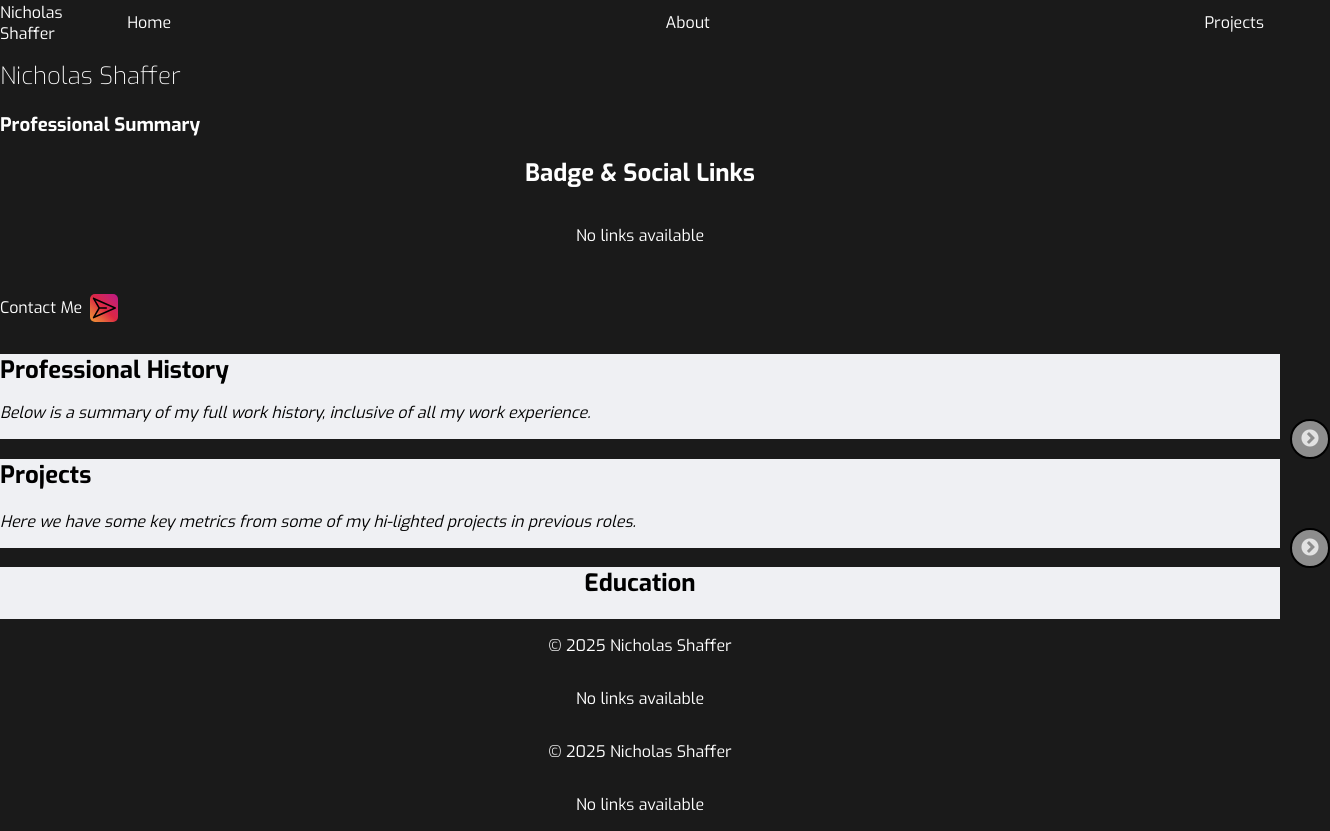
Repository: ShafferNick/nicholas_portfolio
Page: /
These files come from the project's save history. The page is drawn as it stood at one moment and after the next save; the edit follows.
The browser window is 1280 px wide. The page is 1330 px wide, so the pictures cover 1330 px, including what lies to the right of the window. The pictures show the whole page.
The page's requests for data from a server got no answer. The project was rebuilt for these pictures with package versions that can differ from the ones it lists, and the page was loaded fresh each time. The framework's server and built-in components were replaced by stand-ins that run in the browser. No one was signed in, and anything a server would have sent is missing. Also part of the build but not shown: next.config.ts, src/app/components/Contact.tsx.

Above is the page before, as saved 2025-03-19 14:09:05.

### src/app/layout.tsx
import './globals.css';
import type { Metadata } from 'next';
import ContactWrapper from './components/ContactWrapper';
import FooterClient from './components/FooterClient';

export const metadata: Metadata = {
  title: 'Create Next App',
  description: 'Generated by create next app',
};

export default function RootLayout({
  children,
}: {
  children: React.ReactNode;
}) {
  return (
    <html lang="en">
      <body>
        <ContactWrapper>
          {children}
          <FooterClient links={[]} />
        </ContactWrapper>
      </body>
    </html>
  );
}

### src/app/page.tsx
import { client } from '@/app/sanityClient';
import Image from 'next/image';
import Hero from './components/Hero';
import Links from './components/Links';
import ProfessionalHistory from './components/ProfessionalHistory';
import Projects from './components/Projects';
import Education from './components/Education';
import ContactMe from './components/ContactMe';
import FooterClient from './components/FooterClient';
import { SanityImageSource } from '@/app/types/sanity-types';

type Job = {
  _id: string;
  title: string;
  dates: { startDate: string; endDate: string | null };
  description: string[];
  location: string;
  companyLogo?: SanityImageSource;
};

type Project = {
  _id: string;
  title: string;
  timeline: { startDate: string; endDate: string | null };
  summary: string;
  description: string[];
};

type Profile = {
  _id: string;
  summary: string;
};

type Link = {
  _id: string;
  title: string;
  url: string;
  icon: string;
};

type EducationEntry = {
  _id: string;
  institution: string;
  major: string;
  gpa: number;
  activities: string[];
  dates: { startDate: string; endDate: string | null };
};

async function getData() {
  try {
    const profile = await client.fetch<Profile[]>(`*[_type == "profile"]`);
    const jobs = await client.fetch<Job[]>(
      `*[_type == "job"] {
        _id,
        title,
        dates,
        description,
        location,
        companyLogo {
          ...,
          asset->
        }
      } | order(dates.startDate desc)`
    );
    const projects = await client.fetch<Project[]>(
      `*[_type == "project"] {
        _id,
        title,
        timeline,
        summary,
        description
      } | order(timeline.startDate desc)`
    );
    const links = await client.fetch<Link[]>(`*[_type == "link"]`);
    const education = await client.fetch<EducationEntry[]>(
      `*[_type == "education"] {
        _id,
        institution,
        major,
        gpa,
        activities,
        dates
      } | order(dates.startDate desc)`
    );
    console.log('Fetched links in getData:', links);
    console.log('Fetched education in getData:', education);
    return { profile: profile[0], jobs, projects, links, education };
  } catch (error) {
    console.error('Error fetching data from Sanity:', error);
    return { profile: { _id: '', summary: '' }, jobs: [], projects: [], links: [], education: [] };
  }
}

export default async function Home() {
  const data = await getData();
  const { profile, jobs, projects, links, education } = data;

  console.log('Links in Home (before rendering):', links);
  console.log('Education in Home (before rendering):', education);

  const safeLinks = Array.isArray(links) ? links : [];

  return (
    <>
      {/* Hero Section */}
      <Hero summary={profile.summary} />

      {/* Badge & Social Links Section */}
      <Links links={safeLinks} />

      {/* Contact Me Section */}
      <ContactMe />

      {/* Professional History Section */}
      <ProfessionalHistory jobs={jobs} />

      {/* Projects Section */}
      <Projects projects={projects} />

      {/* Education Section */}
      <Education education={education} />

      {/* Footer Section */}
      <FooterClient links={safeLinks} />
    </>
  );
}

### src/app/components/ContactWrapper.tsx
'use client';
import React, { useState } from 'react';
import NavbarClient from './NavbarClient';
import ContactMe from './ContactMe';
import Contact from './Contact';

type ContactWrapperProps = {
  children: React.ReactNode;
};

export default function ContactWrapper({ children }: ContactWrapperProps) {
  const [isFormOpen, setIsFormOpen] = useState(false);

  const openForm = () => {
    console.log('Opening form'); // Debug log
    setIsFormOpen(true);
  };

  const closeForm = () => {
    console.log('Closing form'); // Debug log
    setIsFormOpen(false);
  };

  return (
    <>
      <NavbarClient onContactClick={openForm} />
      <ContactMe onContactClick={openForm} />
      {children}
      {isFormOpen && (
        <div className="fixed inset-0 z-50 flex items-center justify-center bg-black bg-opacity-70">
          <div className="relative bg-white p-6 rounded-lg shadow-lg w-full max-w-md mx-4">
            <Contact onClose={closeForm} />
          </div>
        </div>
      )}
    </>
  );
}

### src/app/components/FooterClient.tsx
'use client';
import Links from './Links';

type Link = {
  _id: string;
  title: string;
  url: string;
  icon: string;
};

type FooterClientProps = {
  links?: Link[];
};

export default function FooterClient({ links = [] }: FooterClientProps) {
  console.log('Links in FooterClient:', links); // Debug log
  return (
    <footer className="bg-gray-800 text-white py-6 text-center w-full">
      <div className="flex flex-col items-center gap-4">
        <p>© 2025 Nicholas Shaffer</p>
        <Links links={links} isFooter={true} />
      </div>
    </footer>
  );
}

### src/app/sanityClient.ts
import { createClient } from '@sanity/client';

console.log('Project ID:', process.env.NEXT_PUBLIC_SANITY_PROJECT_ID);
console.log('Dataset:', process.env.NEXT_PUBLIC_SANITY_DATASET);

if (!process.env.NEXT_PUBLIC_SANITY_PROJECT_ID) {
  throw new Error('NEXT_PUBLIC_SANITY_PROJECT_ID is not set. Check .env.local or Vercel env variables.');
}

export const client = createClient({
  projectId: process.env.NEXT_PUBLIC_SANITY_PROJECT_ID,
  dataset: process.env.NEXT_PUBLIC_SANITY_DATASET || 'production',
  apiVersion: '2023-05-03', // Fixed to a valid version
  useCdn: true,
});

### src/app/components/Hero.tsx
import React from 'react';

type HeroProps = {
  summary: string;
};

export default function Hero({ summary }: HeroProps) {
    return (
        <section className="hero-custom-black py-20 md:py-28 text-left animate-slide-in">
            <div className="max-w-4xl mx-auto px-8 md:px-12">
                <h1 className="text-5xl md:text-6xl font-extralight mb-6" style={{ fontWeight: 200 }}>
                    Nicholas Shaffer
                </h1>
                <div className="max-w-2xl mb-8">
                    <h3 className="text-lg md:text-xl font-bold mb-4" style={{ fontWeight: 700 }}>
                        Professional Summary
                    </h3>
                    <p className="text-base md:text-lg leading-relaxed font-extralight" style={{ fontWeight: 200 }}>
                        {summary}
                    </p>
                </div>
            </div>
        </section>
    );
}

### src/app/components/Links.tsx
'use client';
import { FontAwesomeIcon } from '@fortawesome/react-fontawesome';
import { faLinkedin, faGithub } from '@fortawesome/free-brands-svg-icons';
import { faAward } from '@fortawesome/free-solid-svg-icons';
import Image from 'next/image';

type Link = {
  _id: string;
  title: string;
  url: string;
  icon: string;
};

type LinksProps = {
  links: Link[];
  isFooter?: boolean;
};

export default function Links({ links, isFooter = false }: LinksProps) {
  console.log('Links in Links component:', links); // Debug log

  const getIcon = (iconName: string) => {
    switch (iconName.toLowerCase()) {
      case 'linkedin':
        return faLinkedin;
      case 'github':
        return faGithub;
      case 'aws cloud practitioner':
      case 'prosci change manager':
      case 'credly':
        return faAward;
      default:
        return null;
    }
  };

  const getImage = (iconName: string) => {
    switch (iconName.toLowerCase()) {
      case 'github':
        return (
          <Image
            src="https://static-00.iconduck.com/assets.00/github-icon-2048x2048-dpporae2.png"
            alt="GitHub"
            width={isFooter ? 40 : 50}
            height={isFooter ? 40 : 50}
          />
        );
      case 'aws cloud practitioner':
        return (
          <Image
            src="https://res.cloudinary.com/hy4kyit2a/f_auto,fl_lossy,q_70/learn/modules/aws-cloud-practitioner-certification-prep/learn-about-the-aws-certified-cloud-practitioner-exam/images/8ef555de1a79ee04d46f669f807e8626_8-e-63168-f-d-72-f-4272-8994-6779-eec-75-ce-9.png"
            alt="AWS Cloud Practitioner"
            width={isFooter ? 40 : 50}
            height={isFooter ? 40 : 50}
          />
        );
      case 'prosci change manager':
        return (
          <Image
            src="https://images.credly.com/images/8a442ad3-10d8-46e4-9241-41b68cfb50a9/linkedin_thumb_VILT_Change_Practitioner_Certification_V2.png"
            alt="Prosci Change Practitioner"
            width={isFooter ? 75 : 95}
            height={isFooter ? 45 : 55}
          />
        );
      case 'credly':
        return (
          <Image
            src="https://cdn.player.fm/images/21281221/series/SyPIfO73CwJqTAo6/512.png"
            alt="Credly"
            width={isFooter ? 40 : 50}
            height={isFooter ? 40 : 50}
          />
        );
      default:
        return null;
    }
  };

  return (
    <section className={isFooter ? 'flex justify-center gap-12' : 'badge-social-section mb-8'}>
      {!isFooter && (
        <h2 className="text-2xl font-regular mb-2 text-center">Badge & Social Links</h2>
      )}
      <div
        className={
          isFooter
            ? 'flex justify-around items-center flex-wrap gap-4 max-w-4xl mx-auto' // Match top section spacing and width
            : 'flex justify-around items-center flex-wrap gap-4'
        }
      >
        {Array.isArray(links) && links.length > 0 ? (
          links.map((link) => {
            const icon = getIcon(link.icon);
            const image = getImage(link.icon);

            return (
              <a
                key={link._id}
                href={link.url}
                target="_blank"
                rel="noopener noreferrer"
                className={
                  isFooter
                    ? 'p-3 transition-transform hover:scale-110'
                    : 'text-blue-600 hover:text-blue-800 transition-transform hover:scale-110 font-extralight p-2'
                }
                title={link.title}
              >
                {image ? (
                  image
                ) : icon ? (
                  <FontAwesomeIcon
                    icon={icon}
                    size={isFooter ? '2x' : '3x'}
                    className={isFooter ? 'hover:text-gray-300 transition-colors duration-300' : ''}
                  />
                ) : null}
              </a>
            );
          })
        ) : (
          <p>No links available</p>
        )}
      </div>
    </section>
  );
}

### src/app/components/ProfessionalHistory.tsx
'use client';
import React from 'react';
import Slider from 'react-slick';
import Image from 'next/image';
import { urlFor } from '@/app/sanityImageUrl'; // Updated to match subdirectory
import { SanityImageSource } from '@/app/types/sanity-types';

type Job = {
  _id: string;
  title: string;
  dates: { startDate: string; endDate: string | null };
  description: string[];
  location: string;
  companyLogo?: SanityImageSource;
};

type ProfessionalHistoryProps = {
  jobs: Job[];
};

export default function ProfessionalHistory({ jobs }: ProfessionalHistoryProps) {
  const settings = {
    dots: true,
    infinite: true,
    speed: 500,
    slidesToShow: 1,
    slidesToScroll: 1,
    arrows: true,
    responsive: [
      {
        breakpoint: 768,
        settings: {
          slidesToShow: 1,
          slidesToScroll: 1,
          arrows: false,
        },
      },
    ],
  };



  return (
    <section className="professional-history-section py-16 bg-[#EFF0F3] animate-slide-in w-full professional-history-spacing">
      <div className="max-w-4xl mx-auto">
        <h2 className="text-5xl md:text-6xl font-bold text-left pt-8 md:pt-12">Professional History</h2>
        <p className="text-sm italic">Below is a summary of my full work history, inclusive of all my work experience.</p>
        <Slider {...settings}>
          {jobs.map((job) => (
            <div key={job._id} className="px-2">
              <div className="bg-white shadow-lg rounded-lg p-6 flex flex-col min-h-[500px] transition-transform duration-300 hover:shadow-xl">
                <div className="flex-1">
                  <h3 className="text-xl md:text-2xl font-bold mb-2">{job.title}</h3>
                  <p className="mb-2 text-sm italic">
                    {job.dates.startDate} - {job.dates.endDate || 'Present'} | {job.location}
                  </p>
                  <ul className="list-disc list-inside text-sm space-y-2 mb-4">
                    {job.description.map((bullet, index) => (
                      <li key={index}>{bullet}</li>
                    ))}
                  </ul>
                  <div className="flex justify-center mt-auto">
                    {job.companyLogo ? (
                      <Image
                        src={urlFor(job.companyLogo).fit('max').width(200).url()}
                        alt={`${job.title} company logo`}
                        width={200}
                        height={200}
                        unoptimized={true}
                        className="object-contain"
                        style={{ maxHeight: '120px' }}
                      />
                    ) : (
                      <div className="h-32 w-32 bg-gray-300 rounded-lg"></div>
                    )}
                  </div>
                </div>
              </div>
            </div>
          ))}
        </Slider>
      </div>
    </section>
  );
}

### src/app/components/Projects.tsx
'use client';
import React from 'react';
import Slider from 'react-slick';
import Image from 'next/image';
import { urlFor } from '@/app/sanityImageUrl';
import { SanityImageSource } from '@/app/types/sanity-types';

type Project = {
  _id: string;
  title: string;
  timeline: { startDate: string; endDate: string | null };
  summary: string;
  description: string[];
};

type ProjectsProps = {
  projects: Project[];
};

export default function Projects({ projects }: ProjectsProps) {
  const settings = {
    dots: true,
    infinite: true,
    speed: 500,
    slidesToShow: 1,
    slidesToScroll: 1,
    arrows: true,
    responsive: [
      {
        breakpoint: 768,
        settings: {
          slidesToShow: 1,
          slidesToScroll: 1,
          arrows: false,
        },
      },
    ],
  };

  return (
    <section className="projects-section py-16 bg-[#EFF0F3] text-black animate-slide-in w-full">
      <div className="max-w-4xl mx-auto">
              <h2 className="text-5xl md:text-6xl font-bold text-left pt-8 md:pt-12">Projects</h2>
              <p className="text-sm italic">Here we have some key metrics from some of my hi-lighted projects in previous roles.</p>
        <Slider {...settings}>
          {projects.map((project) => (
            <div key={project._id} className="px-2">
              <div className="bg-gray-200 shadow-lg rounded-lg p-6 flex flex-col min-h-[400px] transition-transform duration-300 hover:shadow-xl">
                <div className="flex-1">
                  <h3 className="text-xl md:text-2xl font-medium mb-2">{project.title}</h3>
                  <p className="mb-2 text-sm italic">
                    {project.timeline.startDate} - {project.timeline.endDate || 'Present'}
                  </p>
                  <p className="text-gray-600 mb-4">{project.summary}</p>
                  <ul className="list-disc list-inside text-sm space-y-2 mb-6">
                    {project.description.map((desc, index) => (
                      <li key={index} className="leading-relaxed">
                        {desc}
                      </li>
                    ))}
                  </ul>
                </div>
                <div className="flex justify-center mt-auto">
                  {/* Placeholder for project image - you can add an image field to the schema if desired */}
                  <div className="w-32 h-32 bg-gray-300 rounded-lg"></div>
                </div>
              </div>
            </div>
          ))}
        </Slider>
      </div>
    </section>
  );
}

### src/app/components/Education.tsx
'use client';
import React from 'react';

type EducationEntry = {
  _id: string;
  institution: string;
  major: string;
  gpa: number;
  activities: string[];
  dates: { startDate: string; endDate: string | null };
};

type EducationProps = {
  education: EducationEntry[];
};

export default function Education({ education }: EducationProps) {
  return (
    <section className="education-section py-16 bg-[#EFF0F3] text-black animate-slide-in w-full">
      <div className="max-w-4xl mx-auto">
        <h2 className="text-3xl md:text-4xl font-bold mb-12 text-center">Education</h2>
        <div className="bg-white shadow-lg rounded-lg p-6">
          <div className="grid grid-cols-1 md:grid-cols-2 gap-8">
            {education.map((entry) => (
              <div key={entry._id} className="flex flex-col">
                <h3 className="text-xl md:text-2xl font-bold mb-2">{entry.institution}</h3>
                <p className="mb-2 text-sm italic">
                  {entry.major} | {entry.dates.startDate} - {entry.dates.endDate || 'Present'}
                </p>
                <p className="text-sm mb-2">GPA: {entry.gpa}</p>
                <ul className="list-disc list-inside text-sm space-y-2">
                  {entry.activities.map((activity, index) => (
                    <li key={index} className="leading-relaxed">
                      {activity}
                    </li>
                  ))}
                </ul>
              </div>
            ))}
          </div>
        </div>
      </div>
    </section>
  );
}

### src/app/components/ContactMe.tsx
'use client';
import React from 'react';
import Image from 'next/image';

type ContactMeProps = {
  onContactClick: () => void;
};

export default function ContactMe({ onContactClick }: ContactMeProps) {
  return (
    <section className="contact-section">
      <div className="max-w-4xl mx-auto">
        <div className="contact-me cursor-pointer" onClick={onContactClick}>
          <span>Contact Me</span>
          <Image
            src="/paper-plane-svgrepo-com.svg"
            alt="Contact Icon"
            width={24}
            height={24}
            className="contact-icon"
          />
        </div>
      </div>
    </section>
  );
}

### src/app/components/NavbarClient.tsx
'use client';
import React, { useState } from 'react';
import Link from 'next/link';
import { usePathname } from 'next/navigation';

type NavbarClientProps = {
  onContactClick: () => void;
};

export default function NavbarClient({ onContactClick }: NavbarClientProps) {
  const [isMobileMenuOpen, setIsMobileMenuOpen] = useState(false);
  const pathname = usePathname();

  const navLinks = [
    { name: 'Home', href: '/' },
    { name: 'About', href: '/about' },
    { name: 'Projects', href: '/projects' },
    // Removed Contact link from navbar
  ];

  const toggleMobileMenu = () => {
    setIsMobileMenuOpen(!isMobileMenuOpen);
  };

  return (
    <nav className="bg-[#1A1A1A] text-white p-4 fixed w-full top-0 z-50">
      <div className="max-w-4xl mx-auto flex justify-between items-center">
        <div className="text-lg font-bold">Nicholas Shaffer</div>

        {/* Desktop Menu */}
        <div className="desktop-menu hidden md:flex space-x-4">
          {navLinks.map((link) => (
            <Link
              key={link.name}
              href={link.href}
              className={`nav-link ${pathname === link.href ? 'active-link' : ''}`}
            >
              {link.name}
            </Link>
          ))}
        </div>

        {/* Mobile Menu Toggle */}
        <div className="mobile-menu-toggle md:hidden">
          <button onClick={toggleMobileMenu} aria-label="Toggle mobile menu">
            <span className="block w-6 h-0.5 bg-white mb-1.5"></span>
            <span className="block w-6 h-0.5 bg-white mb-1.5"></span>
            <span className="block w-6 h-0.5 bg-white"></span>
          </button>
        </div>

        {/* Mobile Menu */}
        <div
          className={`mobile-menu md:hidden fixed top-0 right-0 w-3/4 h-full bg-gray-900 p-4 transform transition-transform duration-300 ${
            isMobileMenuOpen ? 'translate-x-0' : 'translate-x-full'
          }`}
        >
          <button
            onClick={toggleMobileMenu}
            className="close-button text-white text-2xl"
            aria-label="Close mobile menu"
          >
            ×
          </button>
          <div className="flex flex-col space-y-4 mt-12">
            {navLinks.map((link) => (
              <Link
                key={link.name}
                href={link.href}
                className={`text-white text-lg ${pathname === link.href ? 'active-link' : ''}`}
                onClick={() => toggleMobileMenu()}
              >
                {link.name}
              </Link>
            ))}
          </div>
        </div>
      </div>
    </nav>
  );
}

### src/app/sanityImageUrl.ts
import imageUrlBuilder from '@sanity/image-url';
import { client } from '@/app/sanityClient';
import { SanityImageSource } from '@/app/types/sanity-types'; // Should resolve to src/types/sanity-types.ts

const builder = imageUrlBuilder(client);

export function urlFor(source: SanityImageSource) {
  return builder.image(source);
}

Loaded but not shown: src/app/globals.css (529 lines, source omitted)

After the next save:
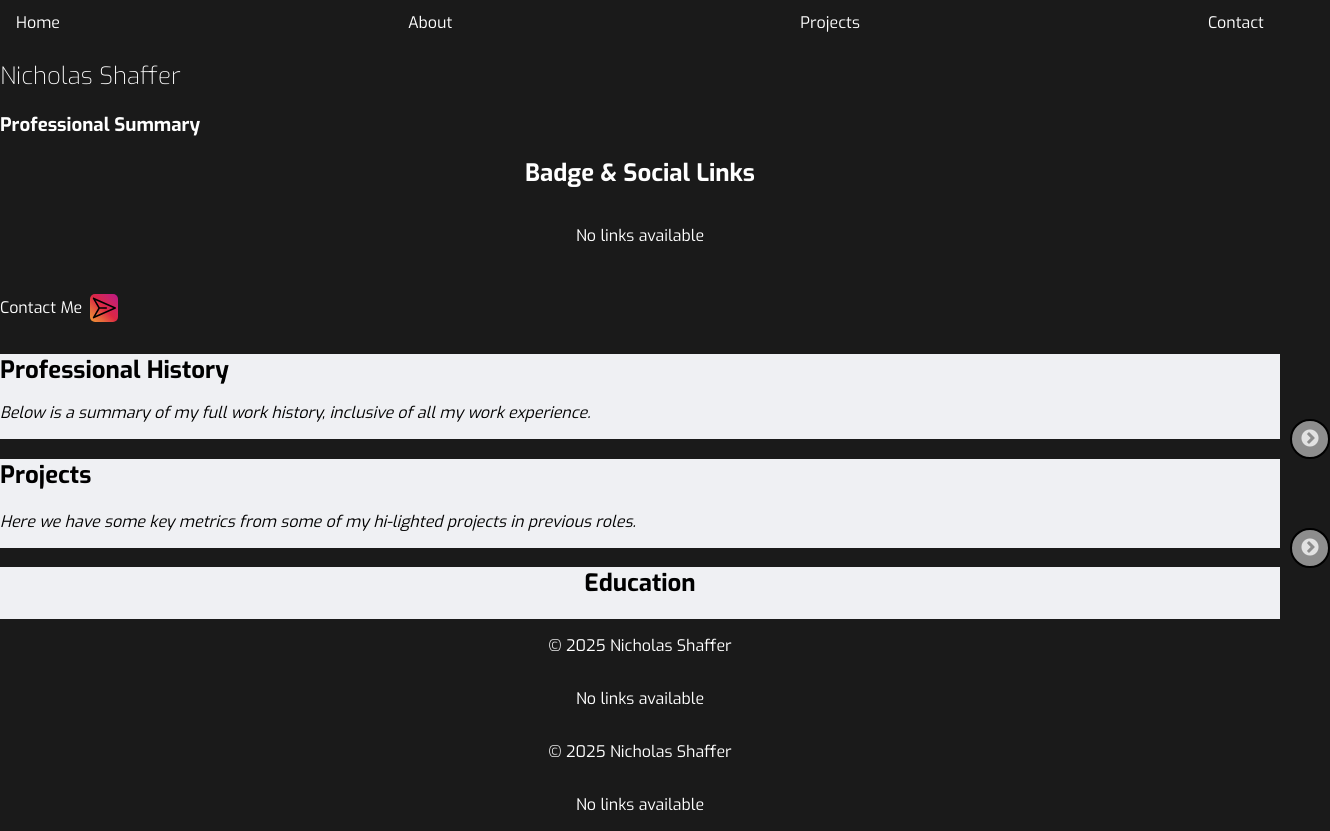
Saved 2 min 15 s later.
--- a/src/app/components/NavbarClient.tsx
+++ b/src/app/components/NavbarClient.tsx
@@ -15,7 +15,7 @@ export default function NavbarClient({ onContactClick }: NavbarClientProps) {
     { name: 'Home', href: '/' },
     { name: 'About', href: '/about' },
     { name: 'Projects', href: '/projects' },
-    // Removed Contact link from navbar
+    { name: 'Contact', href: '/Contact'}
   ];
 
   const toggleMobileMenu = () => {
@@ -25,7 +25,6 @@ export default function NavbarClient({ onContactClick }: NavbarClientProps) {
   return (
     <nav className="bg-[#1A1A1A] text-white p-4 fixed w-full top-0 z-50">
       <div className="max-w-4xl mx-auto flex justify-between items-center">
-        <div className="text-lg font-bold">Nicholas Shaffer</div>
 
         {/* Desktop Menu */}
         <div className="desktop-menu hidden md:flex space-x-4">
